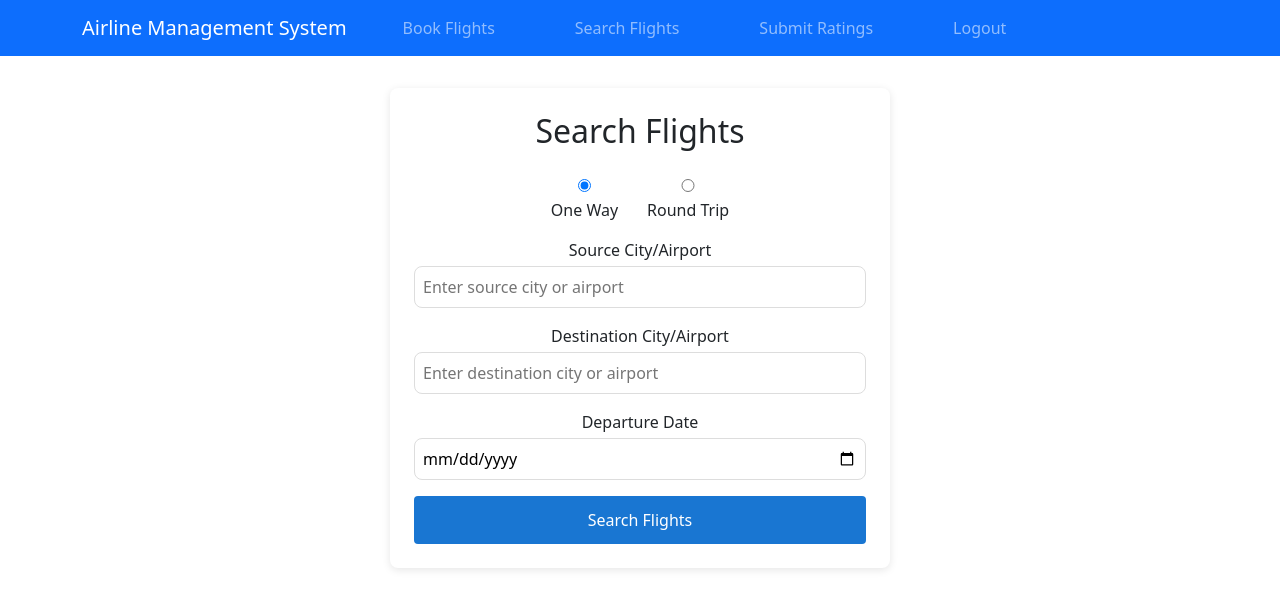
Repository: mikiyas17legesse/airport_system
Page: /search-flights (app in client/)
The author's editor kept a copy of each file at every save. The page is drawn from the files as they stood at one save, then again after the next save.
The browser window is 1280 px wide. The pictures show the whole page.
The project was rebuilt for these pictures with package versions that can differ from the ones it lists, and the page was loaded fresh each time. Also part of the build but not shown: client/src/Pages/MainPage.css, client/src/Pages/MainPage.js, client/src/Pages/StaffLogin.js, client/src/Pages/CustomerLogin.js, client/src/Pages/HomePage.js, client/src/Pages/customerPages/Ratings.css, client/src/Pages/customerPages/Ratings.js, client/src/Pages/customerPages/Bookings.js.

Above is the page before, as saved 2025-04-29 14:32:53.

After the next save:
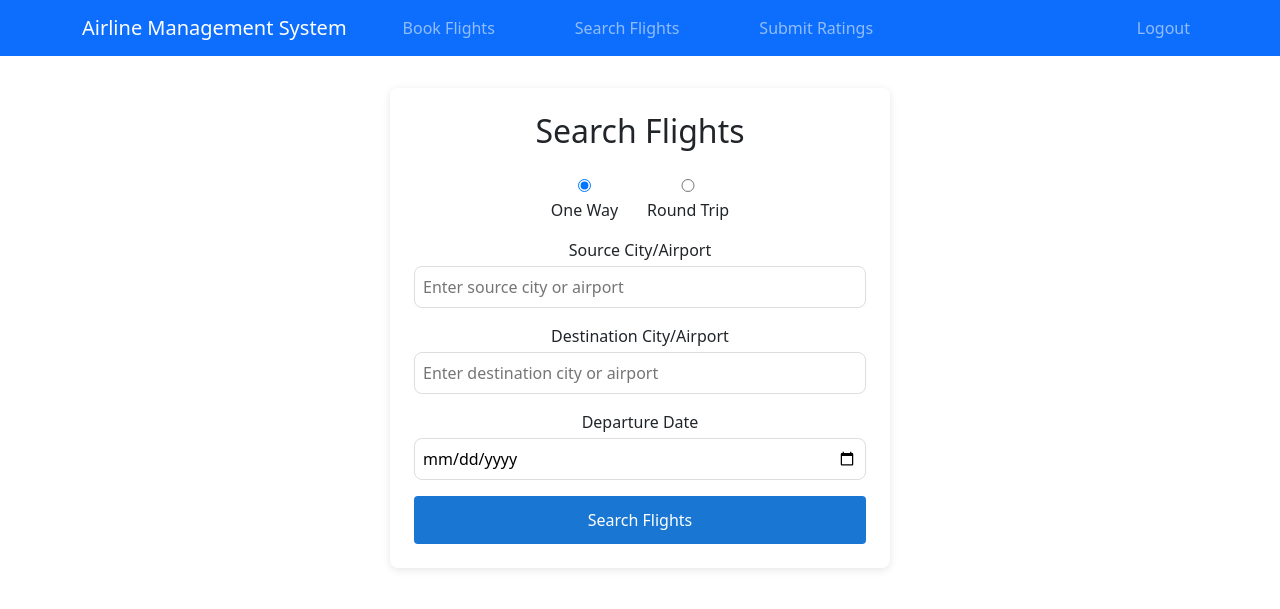
Saved 22 s later.
--- a/client/src/Pages/components/Navbar.js
+++ b/client/src/Pages/components/Navbar.js
@@ -12,7 +12,9 @@ const NavigationBar = () => {
         <Nav.Link className="nav-link-spacing" as={Link} to="/book-flights">Book Flights</Nav.Link>
         <Nav.Link className="nav-link-spacing" as={Link} to="/search-flights">Search Flights</Nav.Link>
         <Nav.Link className="nav-link-spacing" as={Link} to="/submit-ratings">Submit Ratings</Nav.Link>
-        <Nav.Link className="nav-link-spacing" as={Link} to="/">Logout</Nav.Link>
+      </Nav>
+      <Nav className="logout-nav">
+        <Nav.Link className="logout-link" as={Link} to="/logout">Logout</Nav.Link>
       </Nav>
     </Container>
   </Navbar>
